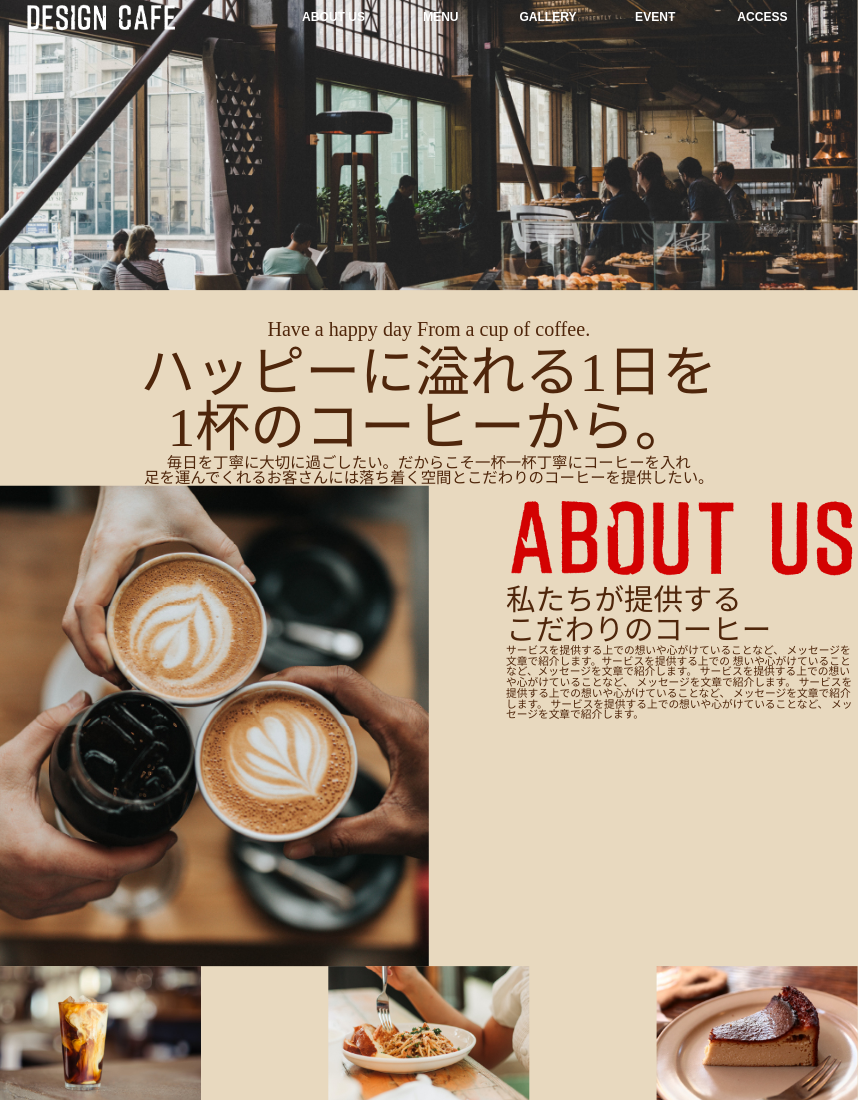
Repository: sonoyama01/dezasuta
Page: 第4回課題/index.html
The author's editor kept a copy of each file at every save. The page is drawn from the files as they stood at one save, then again after the next save.
The browser window is 1280 px wide. The pictures show the whole page, at 67% of full size.

Above is the page before, as saved 2024-05-02 03:11:42.

After the next save:
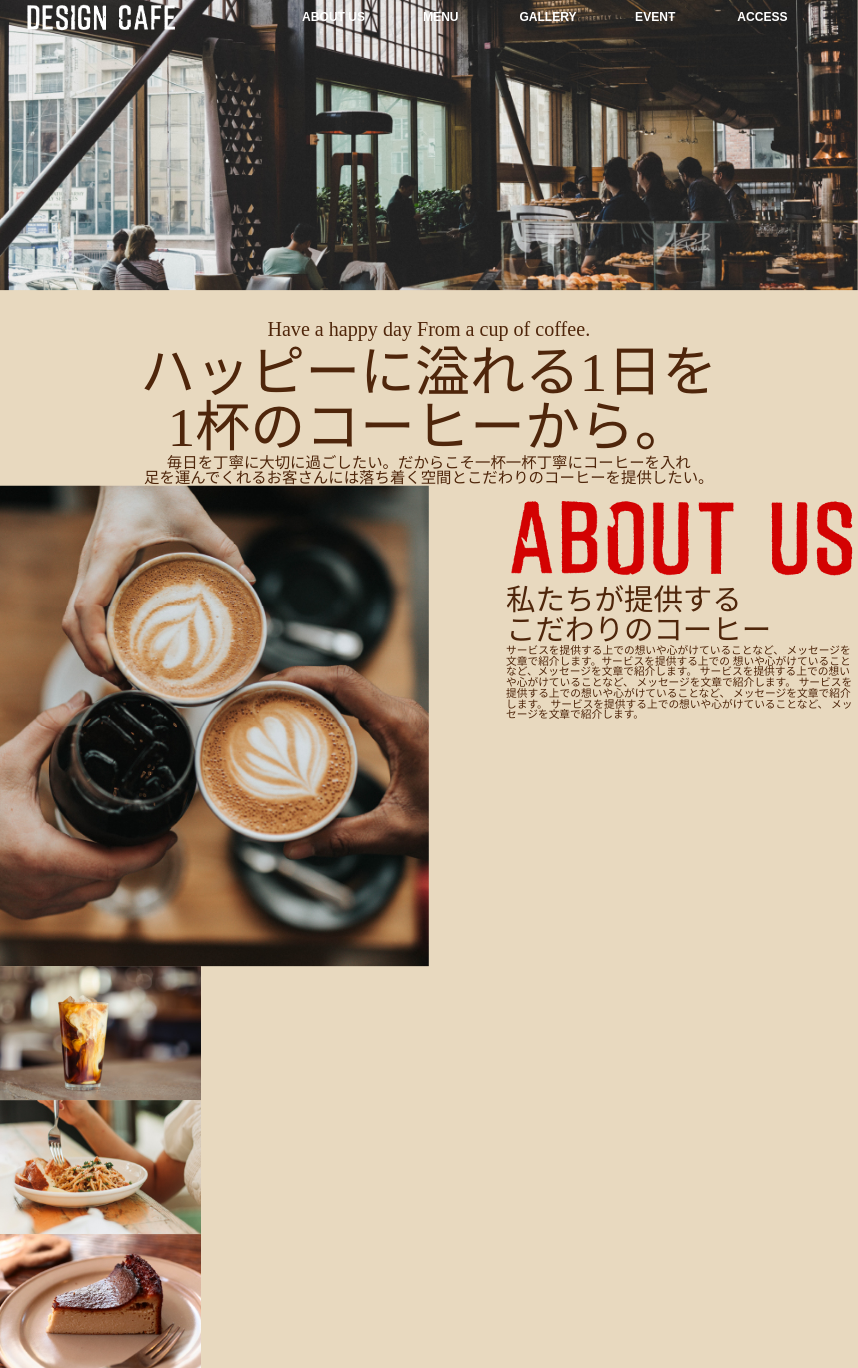
Saved 113 s later.
--- a/第4回課題/index.html
+++ b/第4回課題/index.html
@@ -64,15 +64,17 @@
 
     <!-- MENU -->
     <section id="menu_fx">
-        <div class="drink">
-            <img src="./images/pc_menu_drink-100.jpg" alt="drink">
-        </div><!-- /.drink -->
-        <div class="food">
-            <img src="./images/pc_menu_food-100.jpg" alt="food">
-        </div><!-- /.food -->
-        <div class="sweets">
-            <img src="./images/pc_menu_sweets-100.jpg" alt="sweet">
-        </div><!-- /.sweets -->
+        <div class="menu">
+            <div class="drink">
+                <img src="./images/pc_menu_drink-100.jpg" alt="drink">
+            </div><!-- /.drink -->
+            <div class="food">
+                <img src="./images/pc_menu_food-100.jpg" alt="food">
+            </div><!-- /.food -->
+            <div class="sweets">
+                <img src="./images/pc_menu_sweets-100.jpg" alt="sweet">
+            </div><!-- /.sweets -->
+        </div class="menu">
     </section><!-- /#menu_fx -->
 
 </body>

After the 2 saves that followed:
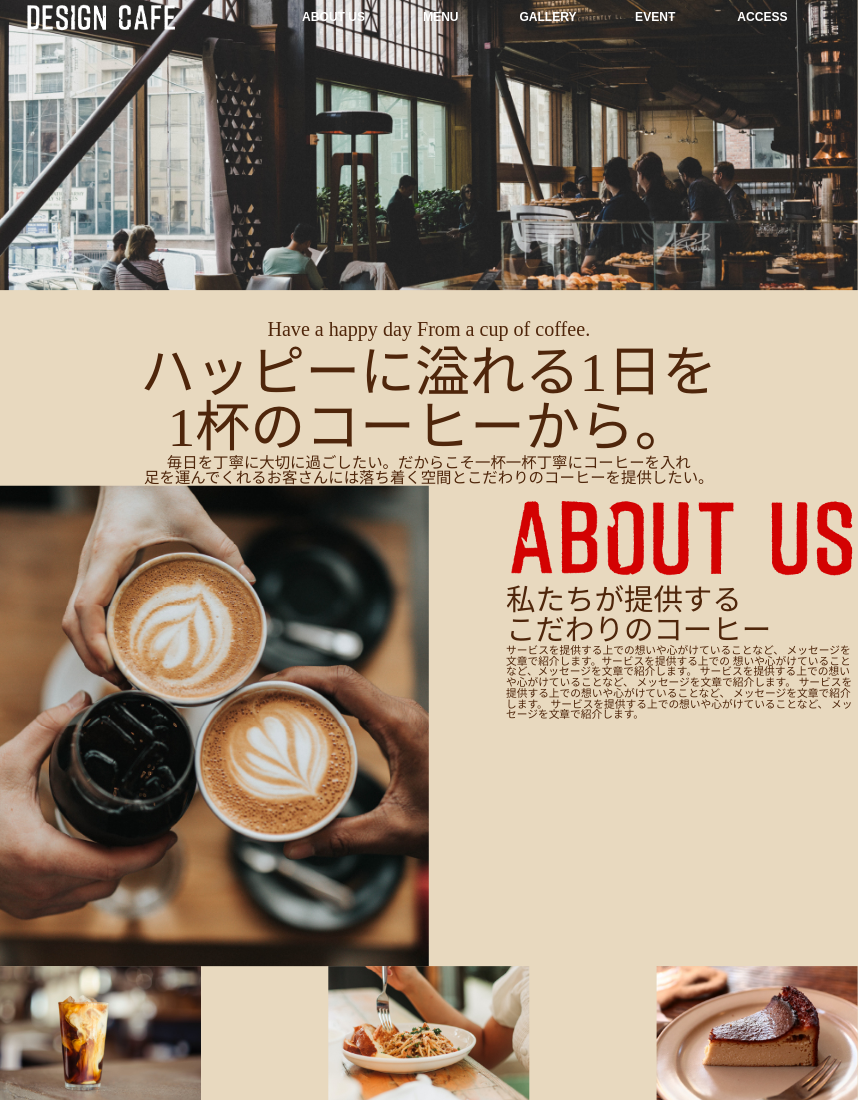
The 2 saves are shown as one change because 1 left the picture as it was.
The last was saved 95 s later.
--- a/第4回課題/index.html
+++ b/第4回課題/index.html
@@ -74,7 +74,7 @@
             <div class="sweets">
                 <img src="./images/pc_menu_sweets-100.jpg" alt="sweet">
             </div><!-- /.sweets -->
-        </div class="menu">
+        </div>
     </section><!-- /#menu_fx -->
 
 </body>
--- a/第4回課題/css/style.css
+++ b/第4回課題/css/style.css
@@ -124,7 +124,7 @@ body {
 /* ============================
 * MENU
 * ========================= */
-#menu_fx {
+.menu {
   display: flex;
   justify-content: space-between;
 }
